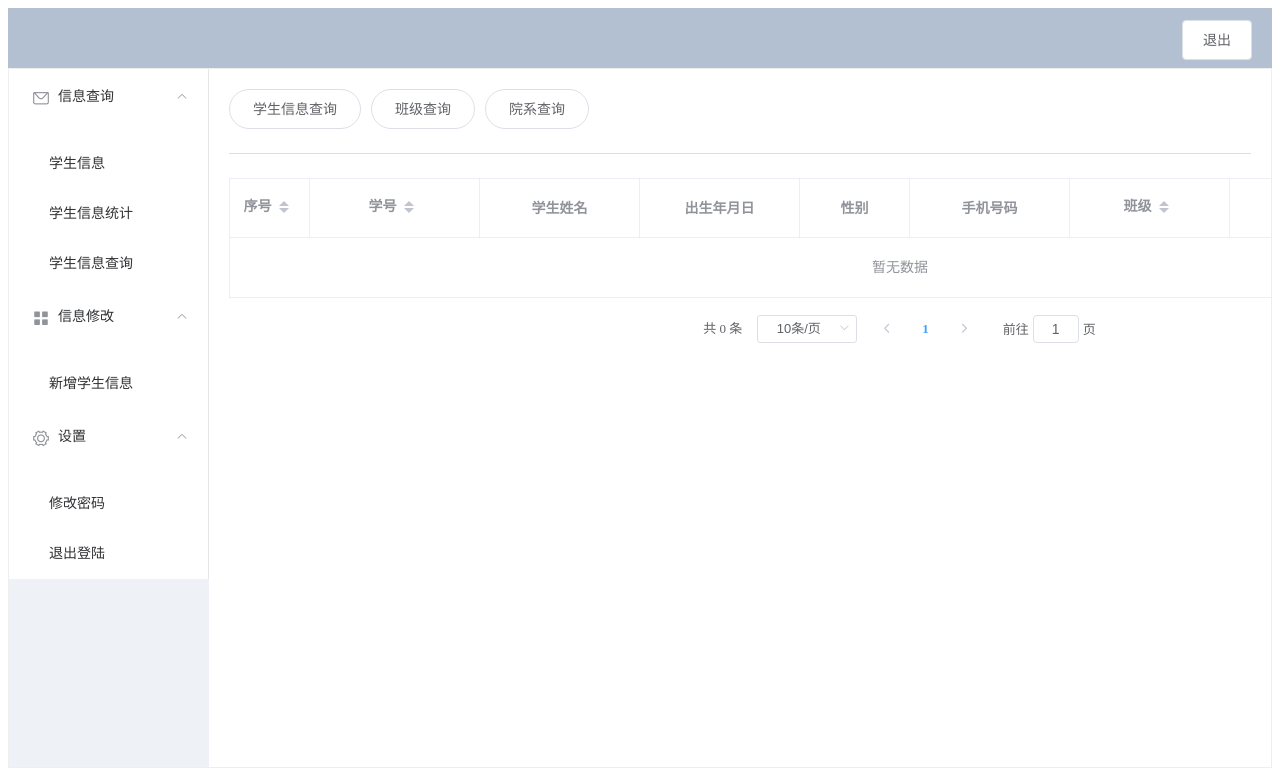
Repository: zhu-jun-xian/Student_information_management_system
Page: /selectstudent (app in front_end/front_end/)
An editor plug-in stored every save of this project. The page is shown before and after a run of saves, followed by the edit.
The browser window is 1280 px wide. The pictures show the whole page.
The page's requests for data from a server got no answer. The project was rebuilt for these pictures with package versions that can differ from the ones it lists, and the page was loaded fresh each time. No one was signed in, and anything a server would have sent is missing. Also part of the build but not shown: front_end/front_end/src/components/login.vue, front_end/front_end/src/components/register.vue.

Above is the page before, as saved 2020-11-23 19:08:54.

### front_end/front_end/index.html
<!DOCTYPE html>
<html>

<head>
    <meta charset="utf-8">
    <meta name="viewport" content="width=device-width,initial-scale=1.0">
    <script src="https://unpkg.com/axios/dist/axios.min.js"></script>
    <title>front_end</title>
</head>

<body>
    <div id="app"></div>
    <!-- built files will be auto injected -->
</body>

</html>

### front_end/front_end/src/App.vue
<template>
  <div id="app">

  <router-view/>
  </div>
</template>
<script>

export default {
  data(){
    return {

    }
  }

}
</script>

### front_end/front_end/src/components/User/selectstudent.vue
<template>
  <div class="hello">
    <div>
      <el-row>
        <el-button round  >学生信息查询</el-button>
        <el-button round   @click.native="selectclassVisible=true">班级查询</el-button>
        <el-button round   @click.native="selectgendVisible=true">院系查询</el-button> <el-divider></el-divider>
        <template slot="header" >
        <el-input
          v-model="search"
          size="mini"
          placeholder="输入关键字搜索"/>
      </template>
      </el-row>
    </div>
    <el-container>

   <div>
    <el-table border class="el-table-column" :data="stuData.slice((currentPage-1)*pageSize,currentPage*pageSize)" :default-sort = "{prop: 'date', order: 'descending'}" style="width: 100%" @row-click="rowclick">
      <el-table-column align="center" header-align="center" prop="stuNum" label="序号" width="80%" sortable></el-table-column>
      <el-table-column align="center" header-align="center" prop="stuID" label="学号"  width="170%" sortable></el-table-column>
      <el-table-column align="center" header-align="center" prop="stuName" label="学生姓名"  width="160%"></el-table-column>
      <el-table-column align="center" header-align="center" prop="stuBirth" label="出生年月日"  width="160%"></el-table-column>
      <el-table-column align="center" header-align="center" prop="stuSex" label="性别"  width="110%"></el-table-column>
      <el-table-column align="center" header-align="center" prop="stuTel" label="手机号码"  width="160%"></el-table-column>
      <el-table-column align="center" header-align="center" prop="stuClass" label="班级"  width="160%" sortable></el-table-column>
      <el-table-column align="center" header-align="center" prop="stuDep" label="系部"  width="160%" sortable></el-table-column>
      <el-table-column align="center" header-align="center" prop="" label="操作"  width="180%">
      <el-button
          size="mini"
          @click.native="UpdateVisible = true">Edit</el-button>

        <el-button
          size="mini"
          type="danger"
          @click.native.prevent="deleteRow()">Delete</el-button></el-table-column>
    </el-table>
    <div class="block" style="margin-top:15px;">
            <el-pagination align='center'
            @size-change="handleSizeChange"
            @current-change="handleCurrentChange"
            :current-page="currentPage"
            :page-sizes="[5,10,20,50]"
            :page-size="pageSize"
            layout="total, sizes, prev, pager, next, jumper"
            :total="stuData.length">
            </el-pagination>
        </div>
    </div>

</el-container>


<el-dialog title="修改学生信息" :visible.sync="UpdateVisible" width="35%">

        <el-form ref="Updateform" :model="Updateform" label-width="100px">
          <el-form-item label="学号" prop="studentnumber">
            <el-input v-model="rowID" plain disabled></el-input>
          </el-form-item>
          <el-form-item label="学生姓名" prop="name">
            <el-input v-model="Updateform.name"></el-input>
          </el-form-item>

          <el-form-item label="出生年月" prop="time" >
                       <el-input v-model="Updateform.time" placeholder="20200501"></el-input>
          </el-form-item>
           <el-form-item label="性别" prop="sex">
                <el-select v-model="Updateform.sex" placeholder="请选择" style="width:100%" >
                     <el-option label="男" value="男"></el-option>
                      <el-option label="女" value="女"></el-option>
                 </el-select>
          </el-form-item>
         <el-form-item label="手机号码" prop="tel">
            <el-input v-model="Updateform.tel"></el-input>
           </el-form-item>
           <el-form-item label="班级" prop="classnumber">
            <el-input v-model="Updateform.classnumber"></el-input>
           </el-form-item>
           <el-form-item label="系部" prop="department">
           <el-select v-model="Updateform.department" placeholder="请选择" style="width:100%" >
            <el-option label="智能制造学部" value="智能制造学部"></el-option>
            <el-option label="土木工程学院" value="土木工程学院"></el-option>
            <el-option label="经济管理学院" value="经济管理学院"></el-option>
            <el-option label="外国语学院" value="外国语学院"></el-option>
            <el-option label="艺术设计学院" value="艺术设计学院"></el-option>
          </el-select>
           </el-form-item>
          <el-form-item>
            <el-button type="primary" @click="updateusermessage">确认</el-button>
            <el-button @click="resetForm('Updateform')">清空</el-button>
          </el-form-item>
        </el-form>
      </span>
    </el-dialog>


  </div>
</template>

<script>
// import selectstudent from '@/components/User/selectstudent'
 export default {

   data() {
      return {
        rowID:'',
         stuData: [{
            stuNum: '',
            stuID: '',
            stuName: '',
            stuBirth:'',
            stuSex:'',
            stuTel:'',
            stuClass:'',
            stuDep:'',
          }],
          currentPage:1,
        pageSize:10,
        ifimg:true,
        stuData:[],
        tabPosition: 'left',
        // dialogVisible: false,
        UpdateVisible: false, //控制对话框的显示和隐藏
        dialog: false,
         imageUrl: '',
      Updateform: {
        studentnumber: "",
        name: "",
        time: "",
        sex: "",
        tel: "",
        classnumber: "",
        department: "",
      },

      };
    },


    methods: {
      updateusermessage(){
         let stuid=this.rowID
         console.log("updateusermessage:"+stuid)
axios({
          method:"post",
          url:"/api/updateMessagesById",
          data:{
            stuID:stuid,
            stuName:this.Updateform.name,
            stuBirth:this.Updateform.time,
            stuSex:this.Updateform.sex,
            stuTel:this.Updateform.tel,
            stuClass:this.Updateform.classnumber,
            stuDep:this.Updateform.department,
          }
        }).then(response=>{
          console.log(response.data)
          this.UpdateVisible=false
          if(response.data=="ok"){
alert("修改成功")
 axios({
          method:"get",
          url:"/api/findAll",
        }).then(response=>{
          let body = response.data;

          console.log(typeof (body));
         this.stuData=body
          console.log(JSON.stringify(body))
        }).catch(err=>{
          console.log("...err...",err)
        });
          }

        }).catch(err=>{
          console.log("...err...",err)
        });
      },



 //删除学生信息
      deleteRow(){
 let stuid=this.rowID
         console.log("deleteRow:"+stuid)
axios({
          method:"post",
          url:"/api/deleteMessagesById",
          data:{
            stuID:stuid
          }
        }).then(response=>{
          console.log(response.data)
          if(response.data=="ok"){
alert("删除成功")
 axios({
          method:"get",
          url:"/api/findAll",
        }).then(response=>{
          let body = response.data;

          console.log(typeof (body));
         this.stuData=body
          console.log(JSON.stringify(body))
        }).catch(err=>{
          console.log("...err...",err)
        });
          }

        }).catch(err=>{
          console.log("...err...",err)
        });
      },

//获取一行的学号
      rowclick(row){
        this.rowID=row.stuID
        console.log("rowclick:"+row.stuID)
        return row.stuID
      },


      handleClose(key, keyPath) {
        console.log(key, keyPath);
      },

//清空表单
    resetForm(formName) {
        this.$refs[formName].resetFields();
      },

            //分页
        handleSizeChange(val) {
         console.log(`每页 ${val} 条`);
         this.currentPage = 1;
         this.pageSize = val;
        },
        handleCurrentChange: function(val) {
            this.currentPage = val;
        },

    },
    //获取表格数据
    created(){
      var name = this.$route.query.username;
      console.log(name)
       this.username=name;
       console.log(this.username)
          axios({
          method:"get",
          url:"/api/findAll",
        }).then(response=>{
          let body = response.data;

          console.log(typeof (body));
         this.stuData=body
          console.log(JSON.stringify(body))
        }).catch(err=>{
          console.log("...err...",err)
        });
    },

  }

</script>


<!-- Add "scoped" attribute to limit CSS to this component only -->
<style>
.el-header {
    background-color: #B3C0D1;
    color: #333;
    line-height: 60px;
  }

  .el-aside {
    color: #333;
  }

  .avatar-uploader .el-upload {
    border: 1px dashed #d9d9d9;
    border-radius: 6px;
    cursor: pointer;
    position: relative;
    overflow: hidden;
  }
  .avatar-uploader .el-upload:hover {
    border-color: #409EFF;
  }
  .avatar-uploader-icon {
    font-size: 28px;
    color: #8c939d;
    width: 178px;
    height: 178px;
    line-height: 178px;
    text-align: center;
  }
  .avatar {
    width: 178px;
    height: 178px;
    display: block;
  }
</style>

### front_end/front_end/src/components/User/inforstudent.vue
<template>
  <div class="hello">
    <el-container>

   <div>
    <el-table border class="el-table-column" :data="stuData.slice((currentPage-1)*pageSize,currentPage*pageSize)" style="width: 100%" @row-click="rowclick">
      <el-table-column align="center" header-align="center" prop="stuNum" label="序号" width="80%"></el-table-column>
      <el-table-column align="center" header-align="center" prop="stuID" label="学号"  width="170%"></el-table-column>
      <el-table-column align="center" header-align="center" prop="stuName" label="学生姓名"  width="160%"></el-table-column>
      <el-table-column align="center" header-align="center" prop="stuBirth" label="出生年月日"  width="160%"></el-table-column>
      <el-table-column align="center" header-align="center" prop="stuSex" label="性别"  width="110%"></el-table-column>
      <el-table-column align="center" header-align="center" prop="stuTel" label="手机号码"  width="160%"></el-table-column>
      <el-table-column align="center" header-align="center" prop="stuClass" label="班级"  width="160%"></el-table-column>
      <el-table-column align="center" header-align="center" prop="stuDep" label="系部"  width="160%"></el-table-column>
      <el-table-column align="center" header-align="center" prop="" label="操作"  width="180%">
      <el-button
          size="mini"
          @click.native="UpdateVisible = true">Edit</el-button>

        <el-button
          size="mini"
          type="danger"
          @click.native.prevent="deleteRow()">Delete</el-button></el-table-column>
    </el-table>
    <div class="block" style="margin-top:15px;">
            <el-pagination align='center'
            @size-change="handleSizeChange"
            @current-change="handleCurrentChange"
            :current-page="currentPage"
            :page-sizes="[5,10,20,50]"
            :page-size="pageSize"
            layout="total, sizes, prev, pager, next, jumper"
            :total="stuData.length">
            </el-pagination>
        </div>
    </div>

</el-container>


<el-dialog title="修改学生信息" :visible.sync="UpdateVisible" width="35%">
      <span>
        <el-form ref="Updateform" :model="Updateform" label-width="100px">
          <el-form-item label="学号" prop="studentnumber">
            <el-input v-model="rowID" plain disabled></el-input>
          </el-form-item>
          <el-form-item label="学生姓名" prop="name">
            <el-input v-model="Updateform.name"></el-input>
          </el-form-item>

          <el-form-item label="出生年月" prop="time" >
                       <el-input v-model="Updateform.time" placeholder="20200501"></el-input>
          </el-form-item>
           <el-form-item label="性别" prop="sex">
                <el-select v-model="Updateform.sex" placeholder="请选择" style="width:100%" >
                     <el-option label="男" value="男"></el-option>
                      <el-option label="女" value="女"></el-option>
                 </el-select>
          </el-form-item>
         <el-form-item label="手机号码" prop="tel">
            <el-input v-model="Updateform.tel"></el-input>
          </el-form-item>
           <el-form-item label="班级" prop="classnumber">
            <el-input v-model="Updateform.classnumber"></el-input>
          </el-form-item>
          <el-form-item label="系部" prop="department">
       <el-select v-model="Updateform.department" placeholder="请选择" style="width:100%" >
            <el-option label="智能制造学部" value="智能制造学部"></el-option>
            <el-option label="土木工程学院" value="土木工程学院"></el-option>
            <el-option label="经济管理学院" value="经济管理学院"></el-option>
            <el-option label="外国语学院" value="外国语学院"></el-option>
            <el-option label="艺术设计学院" value="艺术设计学院"></el-option>
       </el-select>
       </el-form-item>
          <el-form-item>
            <el-button type="primary" @click="updateusermessage">确认</el-button>
            <el-button @click="resetForm('Updateform')">清空</el-button>
          </el-form-item>
        </el-form>
      </span>
    </el-dialog>


  </div>
</template>

<script>
// import selectstudent from '@/components/User/selectstudent'
 export default {

   data() {
      return {
        rowID:'',
         stuData: [{
            stuNum: '',
            stuID: '',
            stuName: '',
            stuBirth:'',
            stuSex:'',
            stuTel:'',
            stuClass:'',
            stuDep:'',
          }],
          currentPage:1,
        pageSize:10,
        ifimg:true,
        stuData:[],
        tabPosition: 'left',
        // dialogVisible: false,
        UpdateVisible: false, //控制对话框的显示和隐藏
        dialog: false,
         imageUrl: '',
      Updateform: {
        studentnumber: "",
        name: "",
        time: "",
        sex: "",
        tel: "",
        classnumber: "",
        department: "",
      },

      };
    },


    methods: {
      updateusermessage(){
         let stuid=this.rowID
         console.log("updateusermessage:"+stuid)
axios({
          method:"post",
          url:"/api/updateMessagesById",
          data:{
            stuID:stuid,
            stuName:this.Updateform.name,
            stuBirth:this.Updateform.time,
            stuSex:this.Updateform.sex,
            stuTel:this.Updateform.tel,
            stuClass:this.Updateform.classnumber,
            stuDep:this.Updateform.department,
          }
        }).then(response=>{
          console.log(response.data)
          this.UpdateVisible=false
          if(response.data=="ok"){
alert("修改成功")
 axios({
          method:"get",
          url:"/api/findAll",
        }).then(response=>{
          let body = response.data;

          console.log(typeof (body));
         this.stuData=body
          console.log(JSON.stringify(body))
        }).catch(err=>{
          console.log("...err...",err)
        });
          }

        }).catch(err=>{
          console.log("...err...",err)
        });
      },



 //删除学生信息
      deleteRow(){
 let stuid=this.rowID
         console.log("deleteRow:"+stuid)
axios({
          method:"post",
          url:"/api/deleteMessagesById",
          data:{
            stuID:stuid
          }
        }).then(response=>{
          console.log(response.data)
          if(response.data=="ok"){
alert("删除成功")
 axios({
          method:"get",
          url:"/api/findAll",
        }).then(response=>{
          let body = response.data;

          console.log(typeof (body));
         this.stuData=body
          console.log(JSON.stringify(body))
        }).catch(err=>{
          console.log("...err...",err)
        });
          }

        }).catch(err=>{
          console.log("...err...",err)
        });
      },

//获取一行的学号
      rowclick(row){
        this.rowID=row.stuID
        console.log("rowclick:"+row.stuID)
        return row.stuID
      },


      handleClose(key, keyPath) {
        console.log(key, keyPath);
      },

//清空表单
    resetForm(formName) {
        this.$refs[formName].resetFields();
      },

            //分页
        handleSizeChange(val) {
         console.log(`每页 ${val} 条`);
         this.currentPage = 1;
         this.pageSize = val;
        },
        handleCurrentChange: function(val) {
            this.currentPage = val;
        },

    },
    //获取表格数据
    created(){
      var name = this.$route.query.username;
      console.log(name)
       this.username=name;
       console.log(this.username)
          axios({
          method:"get",
          url:"/api/findAll",
        }).then(response=>{
          let body = response.data;

          console.log(typeof (body));
         this.stuData=body
          console.log(JSON.stringify(body))
        }).catch(err=>{
          console.log("...err...",err)
        });
    },

  }

</script>


<!-- Add "scoped" attribute to limit CSS to this component only -->
<style>
.el-header {
    background-color: #B3C0D1;
    color: #333;
    line-height: 60px;
  }

  .el-aside {
    color: #333;
  }

  .avatar-uploader .el-upload {
    border: 1px dashed #d9d9d9;
    border-radius: 6px;
    cursor: pointer;
    position: relative;
    overflow: hidden;
  }
  .avatar-uploader .el-upload:hover {
    border-color: #409EFF;
  }
  .avatar-uploader-icon {
    font-size: 28px;
    color: #8c939d;
    width: 178px;
    height: 178px;
    line-height: 178px;
    text-align: center;
  }
  .avatar {
    width: 178px;
    height: 178px;
    display: block;
  }
</style>

Loaded but not shown: front_end/front_end/src/router/index.js (39 lines, source omitted); front_end/front_end/src/main.js (20 lines, source omitted); front_end/front_end/src/components/user.vue (430 lines, source omitted)

After the next 6 saves:
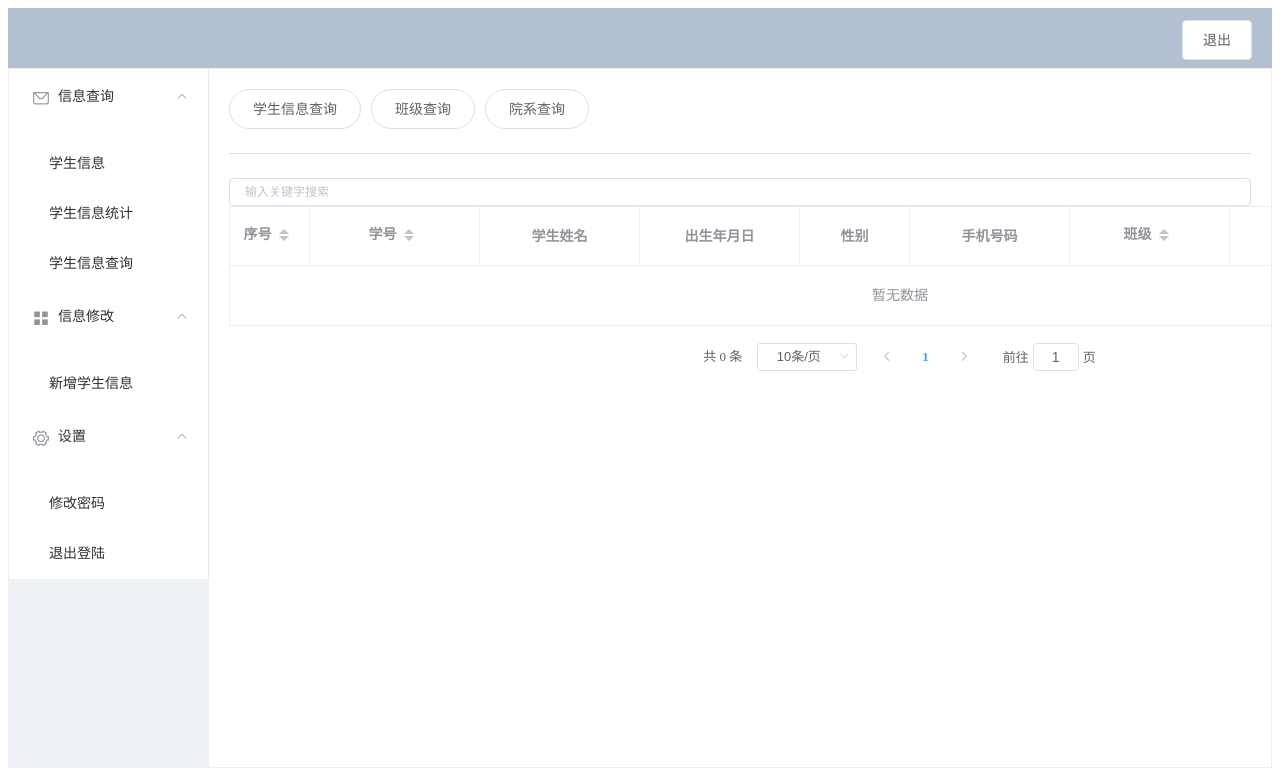
The 6 saves are shown as one change because 3 did not build or start and some came seconds apart.
The last was saved 26 s later.
--- a/front_end/front_end/src/components/User/selectstudent.vue
+++ b/front_end/front_end/src/components/User/selectstudent.vue
@@ -5,12 +5,8 @@
         <el-button round  >学生信息查询</el-button>
         <el-button round   @click.native="selectclassVisible=true">班级查询</el-button>
         <el-button round   @click.native="selectgendVisible=true">院系查询</el-button> <el-divider></el-divider>
-        <template slot="header" >
-        <el-input
-          v-model="search"
-          size="mini"
-          placeholder="输入关键字搜索"/>
-      </template>
+        <el-input  v-model="search" size="mini" placeholder="输入关键字搜索"/>
+
       </el-row>
     </div>
     <el-container>
